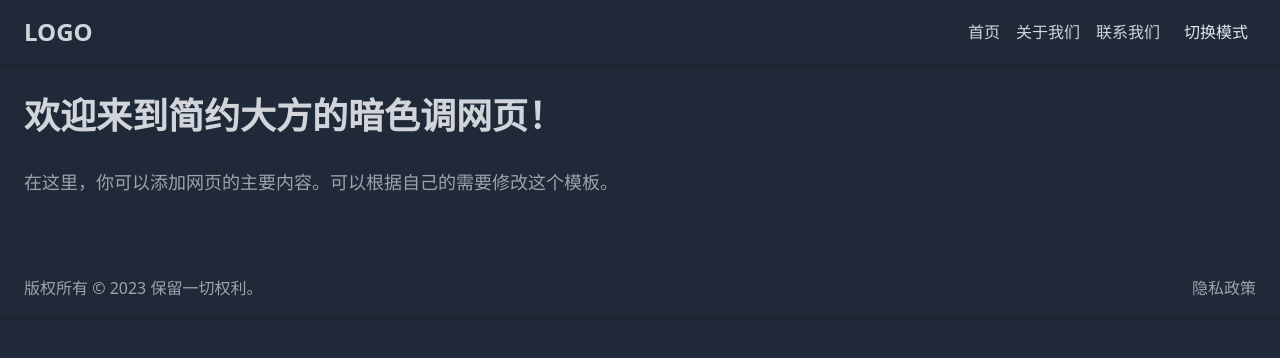
Repository: skybainiao/HackerStarter
Page: index.html
The author's editor kept a copy of each file at every save. The page is drawn from the files as they stood at one save, then again after the next save.
The browser window is 1280 px wide. The pictures show the whole page.

Above is the page before, as saved 2023-04-08 15:09:23.

After the next save:
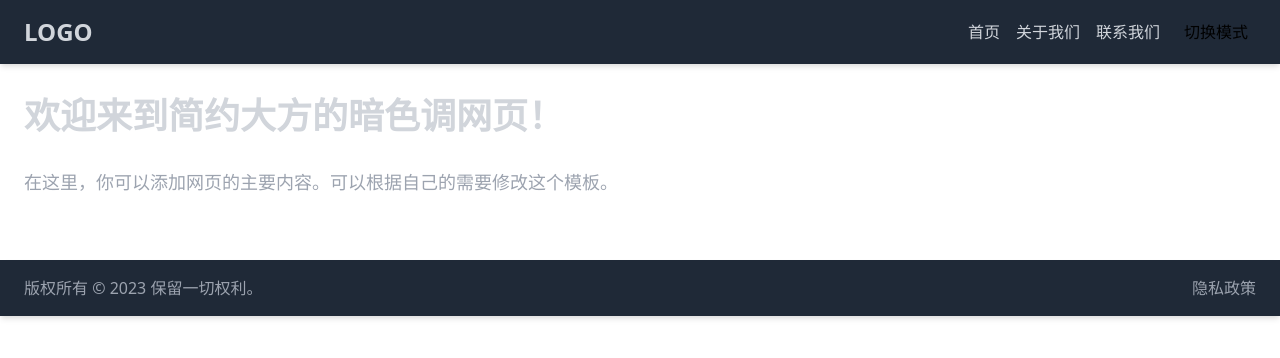
Saved 12 min 46 s later.
--- a/index.html
+++ b/index.html
@@ -6,21 +6,25 @@
     <title>简约大方的暗色调网页</title>
     <link href="https://cdn.jsdelivr.net/npm/tailwindcss@2.2.16/dist/tailwind.min.css" rel="stylesheet">
     <style>
-        :root {
-            --bg-main: #1F2937;
-            --text-main: #E5E7EB;
-        }
+      body.light-theme {
+        background-color: white;
+        color: black;
+      }
 
-        [data-theme="light"] {
-            --bg-main: #ffffff;
-            --text-main: #111827;
-        }
+      .light-theme header,
+      .light-theme footer {
+        background-color: #f8f9fa;
+      }
 
-        body {
-            background-color: var(--bg-main);
-            color: var(--text-main);
-        }
+      .light-theme a {
+        color: #007bff;
+      }
+
+      .light-theme a:hover {
+        color: #0056b3;
+      }
     </style>
+
 </head>
 <body>
     <!-- 导航栏 -->
@@ -61,18 +65,20 @@
     </footer>
 
     <script>
-        document.addEventListener('DOMContentLoaded', function () {
-            const themeToggle = document.getElementById('themeToggle');
-            themeToggle.addEventListener('click', function () {
-                if (document.documentElement.hasAttribute('data-theme')) {
-                    document.documentElement.removeAttribute('data-theme');
-                    themeToggle.textContent = '切换明亮色调';
-                } else {
-                    document.documentElement.setAttribute('data-theme', 'light');
-                    themeToggle.textContent = '切换暗色调';
-                }
-            });
+      document.addEventListener('DOMContentLoaded', function () {
+        const themeToggle = document.getElementById('themeToggle');
+        themeToggle.addEventListener('click', function () {
+          const body = document.querySelector('body');
+          if (body.classList.contains('light-theme')) {
+            body.classList.remove('light-theme');
+            themeToggle.textContent = '切换暗色调';
+          } else {
+            body.classList.add('light-theme');
+            themeToggle.textContent = '切换明亮色调';
+          }
         });
+      });
     </script>
+
 </body>
 </html>

After the save that followed:
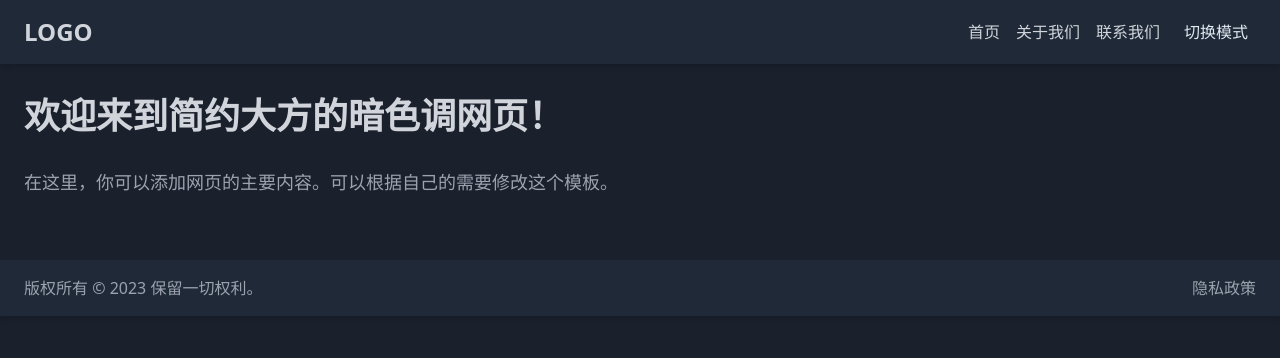
Saved 2 min 35 s later.
--- a/index.html
+++ b/index.html
@@ -6,13 +6,33 @@
     <title>简约大方的暗色调网页</title>
     <link href="https://cdn.jsdelivr.net/npm/tailwindcss@2.2.16/dist/tailwind.min.css" rel="stylesheet">
     <style>
+      /* 暗色调 */
+      body {
+        background-color: #1a202c;
+        color: #e2e8f0;
+      }
+
+      .header,
+      .footer {
+        background-color: #2d3748;
+      }
+
+      a {
+        color: #63b3ed;
+      }
+
+      a:hover {
+        color: #3182ce;
+      }
+
+      /* 明亮色调 */
       body.light-theme {
         background-color: white;
-        color: black;
+        color: #1a202c;
       }
 
-      .light-theme header,
-      .light-theme footer {
+      .light-theme .header,
+      .light-theme .footer {
         background-color: #f8f9fa;
       }
 
@@ -24,6 +44,7 @@
         color: #0056b3;
       }
     </style>
+
 
 </head>
 <body>
@@ -80,5 +101,6 @@
       });
     </script>
 
+
 </body>
 </html>
